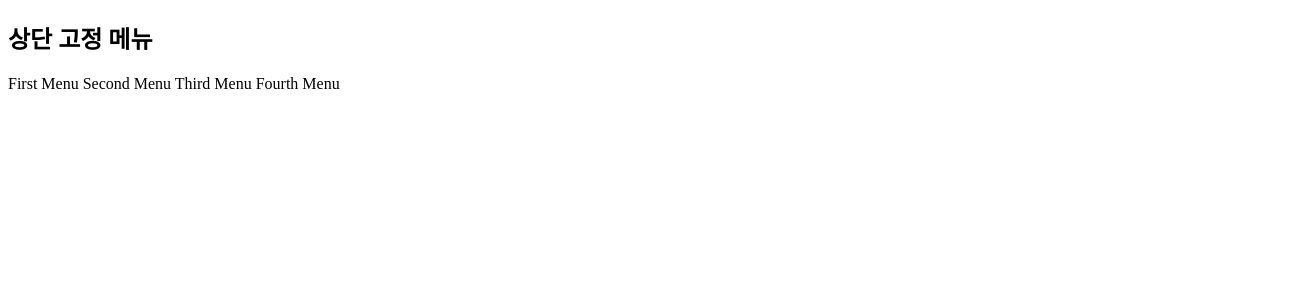
Repository: tjdwlsl/jspstudy
Page: http://localhost/JQuery_Ajax/jquery/ex21_exam03.jsp
These files come from the project's save history. The page is drawn as it stood at one moment and after the next save; the edit follows.
The browser window is 1280 px wide. The page is 1280 px wide, then 1300 px, so the pictures cover 1300 px, including what lies to the right of the window. The pictures show the whole page.
The page is served by Tomcat 9.

Above is the page before, as saved 2023-07-20 02:20:42.

After the next save:
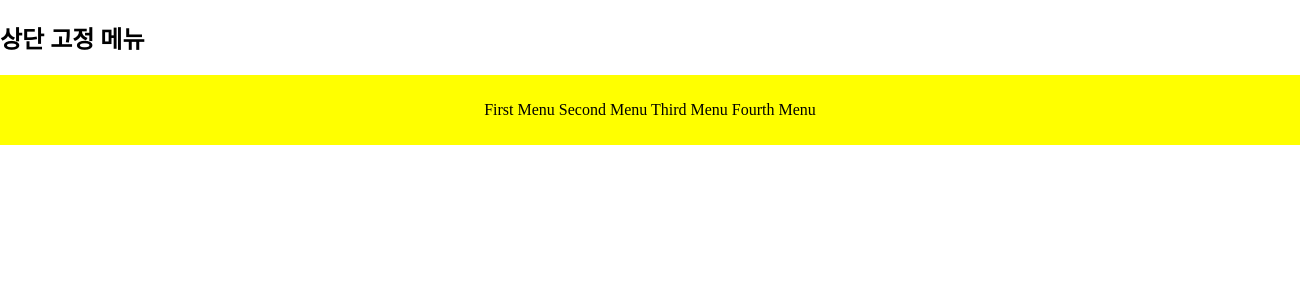
Saved 5 min 24 s later.
--- a/JQuery_Ajax/src/main/webapp/jquery/ex21_exam03.jsp
+++ b/JQuery_Ajax/src/main/webapp/jquery/ex21_exam03.jsp
@@ -5,7 +5,28 @@
 <head>
 <meta charset="UTF-8">
 <title>Insert title here</title>
-<style type="text/css"></style>
+<style type="text/css">
+	body{
+		margin: 0px;
+		padding: 0px;
+	}
+	.jbtitle{
+		text-align: center;
+	}
+	.jbMenu{
+		text-align: center;
+		background-color: yellow;
+		padding: 10px; 0px;
+		width: 100%;
+	}
+	.jpContene{
+		height: 2000px;
+	}
+	.jbFixed{
+		position: fixed;
+		top: opx;
+	}
+</style>
 <%-- jQuery 라이브러리 CDN --%>
 <script src="https://ajax.googleapis.com/ajax/libs/jquery/3.7.0/jquery.min.js"></script>
 <script type="text/javascript">
